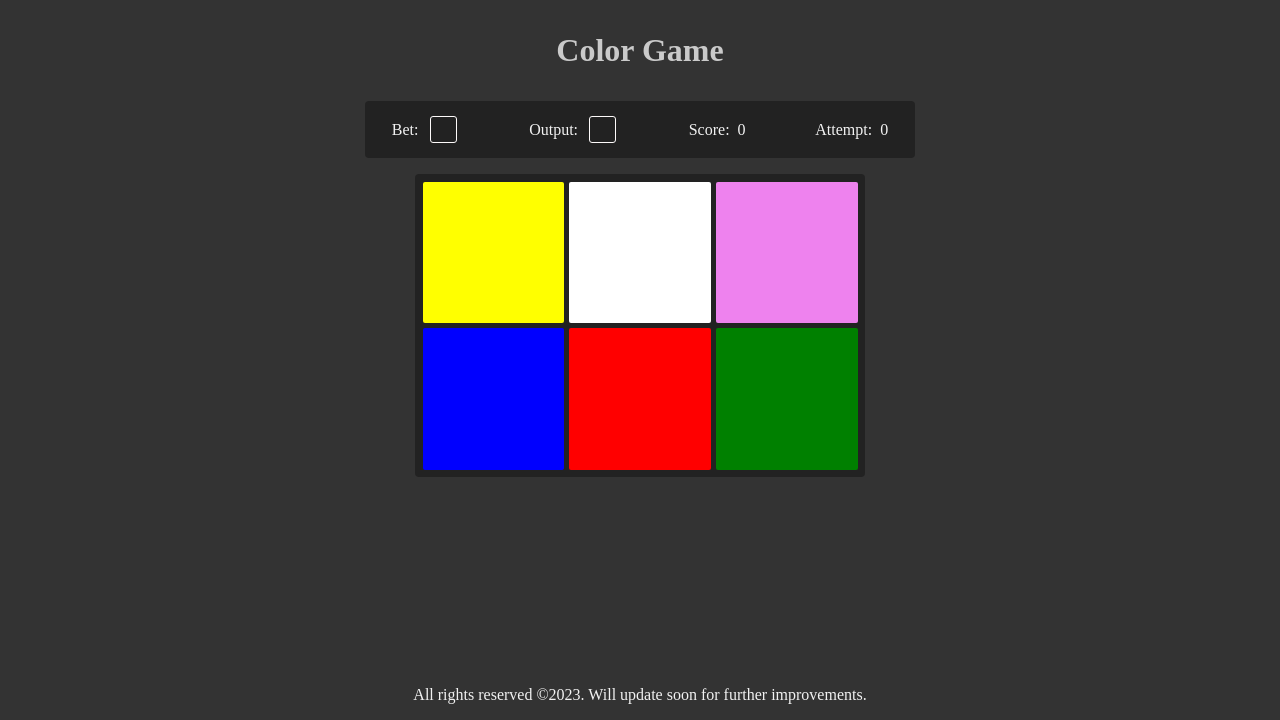
Repository: Pxych09/Simple-Game-VanillaJS
Page: Simple Web Game/color-game.html
These files come from the project's save history. The page is drawn as it stood at one moment and after the next save; the edit follows.
The browser window is 1280 px wide. The pictures show the whole page.

Above is the page before, as saved 2023-10-03 11:44:07.

After the next save:
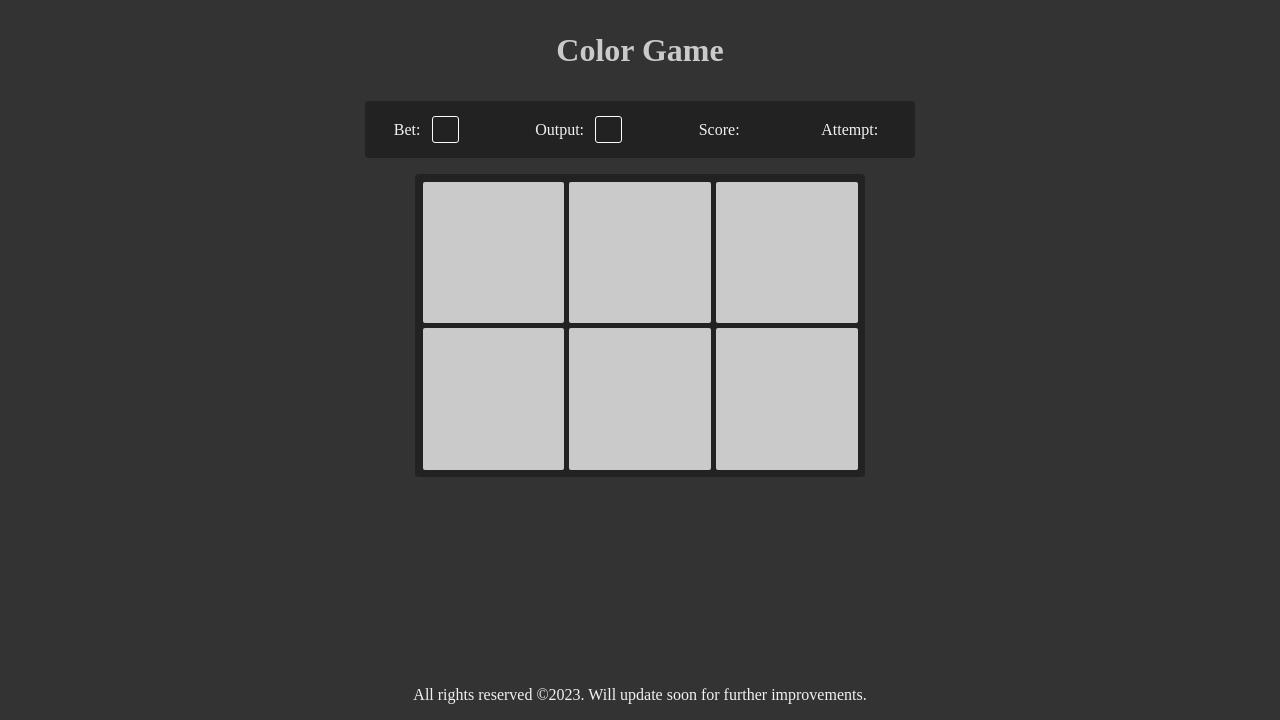
Console error: SyntaxError: Unexpected token '.'
Saved 22 min 35 s later.
--- a/Simple Web Game/js/color-game.js
+++ b/Simple Web Game/js/color-game.js
@@ -55,6 +55,7 @@
                 el.classList.remove('light')
                 el.addEventListener('click', ()=>{
                     box_colors[item].classList.remove('win')
+                    box_colors[item]..dataset.color = ``
                 })
             })
         }

After the save that followed:
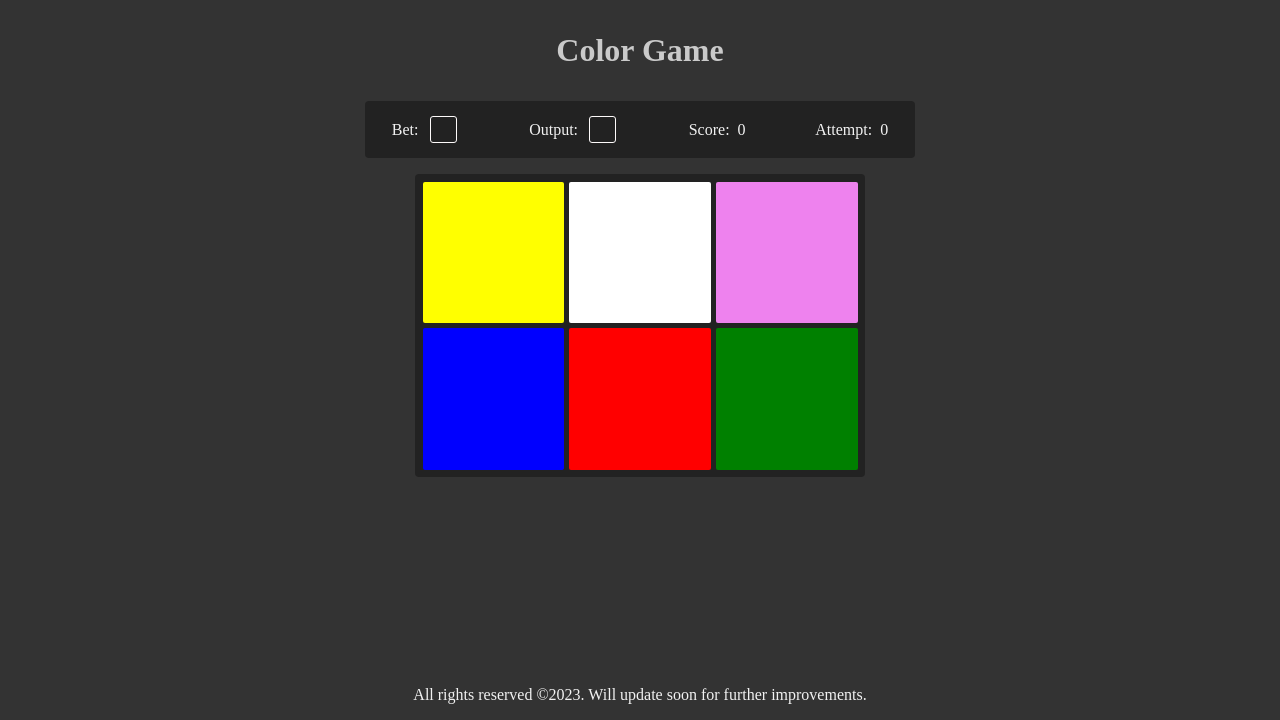
The error is gone.
Saved 4 s later.
--- a/Simple Web Game/js/color-game.js
+++ b/Simple Web Game/js/color-game.js
@@ -55,7 +55,7 @@
                 el.classList.remove('light')
                 el.addEventListener('click', ()=>{
                     box_colors[item].classList.remove('win')
-                    box_colors[item]..dataset.color = ``
+                    box_colors[item].dataset.color = ``
                 })
             })
         }
